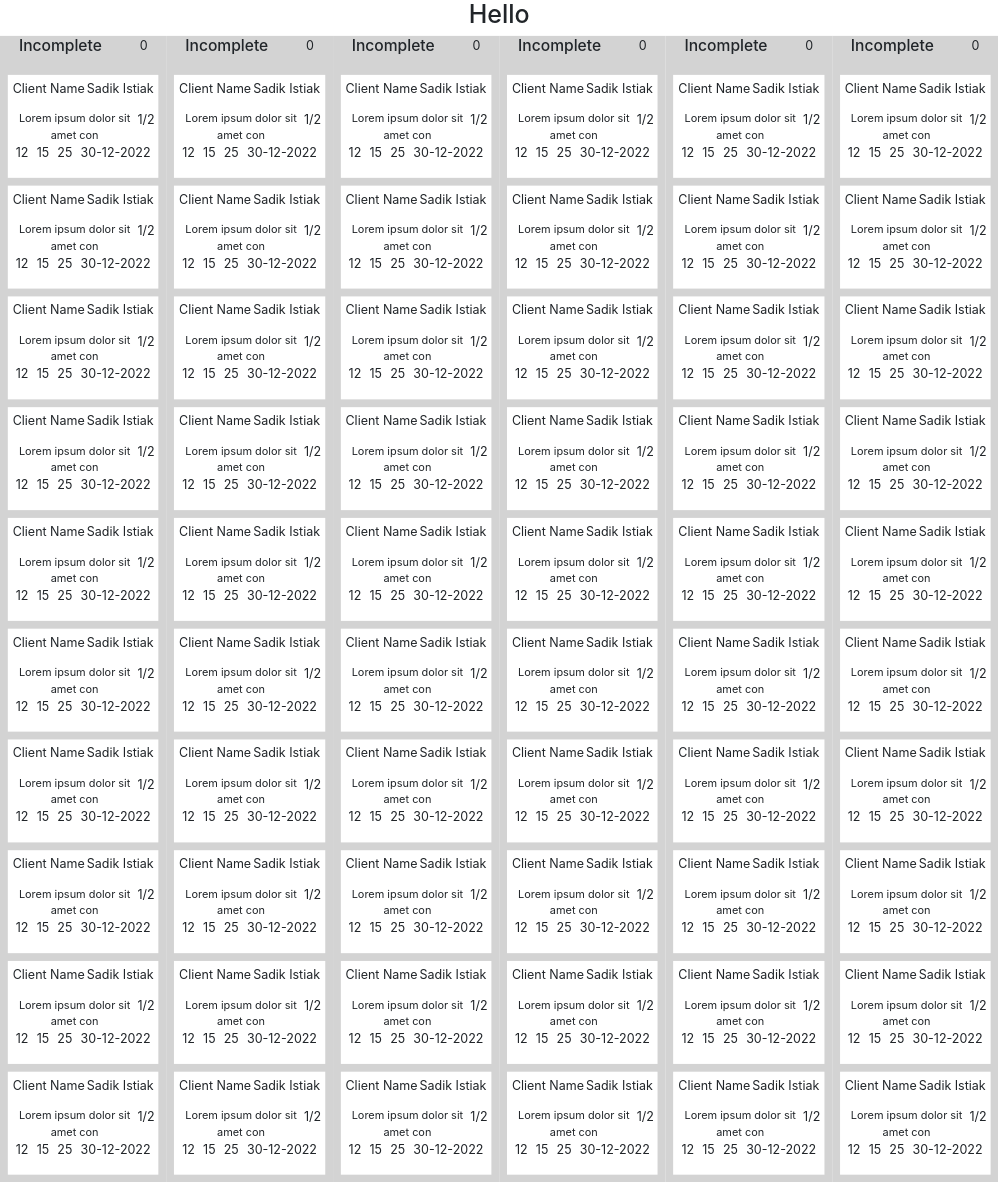
Repository: Sharif-00112/dashboard-task-frontend
Page: /
These files come from the project's save history. The page is drawn as it stood at one moment and after the next save; the edit follows.
The browser window is 1280 px wide. The pictures show the whole page, at 78% of full size.
The project was rebuilt for these pictures with package versions that can differ from the ones it lists, and the page was loaded fresh each time.

Above is the page before, as saved 2023-01-27 23:55:39.

### src/index.js
import React from 'react';
import 'bootstrap/dist/css/bootstrap.css';
import ReactDOM from 'react-dom/client';
import './index.css';
import App from './App';
import reportWebVitals from './reportWebVitals';

const root = ReactDOM.createRoot(document.getElementById('root'));
root.render(
  <React.StrictMode>
    <App />
  </React.StrictMode>
);

// If you want to start measuring performance in your app, pass a function
// to log results (for example: reportWebVitals(console.log))
// or send to an analytics endpoint. Learn more: https://bit.ly/CRA-vitals
reportWebVitals();

### src/App.js
import './App.css';
import Dashboard from './Components/Dashboard';

function App() {
  return (
    <div className="App">

      <h2>Hello</h2>
      <Dashboard></Dashboard>
    </div>
  );
}

export default App;

### src/Components/Dashboard.js
import React from 'react';
import Incomplete from './Incomplete';

const Dashboard = () => {
    return (
        <div className='dashboard'>
            <Incomplete></Incomplete>
            <Incomplete></Incomplete>
            <Incomplete></Incomplete>
            <Incomplete></Incomplete>
            <Incomplete></Incomplete>
            <Incomplete></Incomplete>
        </div>
    );
};

export default Dashboard;

### src/Components/Incomplete.js
import React, { useState } from 'react';
import { useEffect } from 'react';
import './styles.css';
import Task from './Task';

const Incomplete = () => {
    const [tasks, setTasks] = useState([]);
    useEffect( ()=> {
        fetch('./tasks.JSON')
        .then(res => res.json())
        .then(data => setTasks(data))
    } ,[])
    return (
        <div className='background'>
            <div className="task-part">
                <h5>Incomplete</h5>
                <p>0</p>
            </div>
            <div className="section-container">
                <div className="task-container">
                    {
                        tasks.map(task => <Task
                            key={task.taskNo}
                            task={task}
                        ></Task>)
                    }
                </div>
            </div>
        </div>
    );
};

export default Incomplete;

### src/Components/styles.css
.background{
    background-color: lightgray;
}

.task-part{
    display: flex;
    justify-content: space-around
}

.task{
    background-color: white;
    margin: 10px;
    padding: 5px;
}

.dashboard{
    display: grid;
    grid-template-columns: 1fr 1fr 1fr 1fr 1fr 1fr;
}

### src/Components/Task.js
import React from 'react';
import './styles.css';

const Task = (props) => {
    const {clientName, clientImg, supervisorName, supervisorImg, taskSummary, progress, staff1Img, staff2Img, modules, message, attachment, date} = props.task;
    return (
        <div className='task'>
            <div className="task-part">
                <p>{clientName}</p>
                <p>{supervisorName}</p>
            </div>
            <div className="task-part">
                <small>{taskSummary.substring(0,30)}</small>
                <p>{progress}</p>
            </div>
            <div className="task-part">
                <p>{modules}</p>
                <p>{message}</p>
                <p>{attachment}</p>
                <p>{date}</p>
            </div>
        </div>
    );
};

export default Task;

### public/tasks.JSON
[
  {
    "taskNo": 1,
    "clientName": "Client Name",
    "clientImg": "clientIMG.jpg",
    "supervisorName": "Sadik Istiak",
    "supervisorImg": "supervisorIMG.jpg",
    "taskSummary": "Lorem ipsum dolor sit amet consectetur adipisicing elit. Pariatur velit nemo accusamus. Dolorum, doloribus quisquam unde repellat iusto voluptatum quasi?",
    "progress": "1/2",
    "staff1Img": "staff1.jpg",
    "staff2Img": "staff2.jpg",
    "modules": 12,
    "message": 15,
    "attachment": 25,
    "date": "30-12-2022"
  },
  {
    "taskNo": 2,
    "clientName": "Client Name",
    "clientImg": "clientIMG.jpg",
    "supervisorName": "Sadik Istiak",
    "supervisorImg": "supervisorIMG.jpg",
    "taskSummary": "Lorem ipsum dolor sit amet consectetur adipisicing elit. Pariatur velit nemo accusamus. Dolorum, doloribus quisquam unde repellat iusto voluptatum quasi?",
    "progress": "1/2",
    "staff1Img": "staff1.jpg",
    "staff2Img": "staff2.jpg",
    "modules": 12,
    "message": 15,
    "attachment": 25,
    "date": "30-12-2022"
  },
  {
    "taskNo": 3,
    "clientName": "Client Name",
    "clientImg": "clientIMG.jpg",
    "supervisorName": "Sadik Istiak",
    "supervisorImg": "supervisorIMG.jpg",
    "taskSummary": "Lorem ipsum dolor sit amet consectetur adipisicing elit. Pariatur velit nemo accusamus. Dolorum, doloribus quisquam unde repellat iusto voluptatum quasi?",
    "progress": "1/2",
    "staff1Img": "staff1.jpg",
    "staff2Img": "staff2.jpg",
    "modules": 12,
    "message": 15,
    "attachment": 25,
    "date": "30-12-2022"
  },
  {
    "taskNo": 4,
    "clientName": "Client Name",
    "clientImg": "clientIMG.jpg",
    "supervisorName": "Sadik Istiak",
    "supervisorImg": "supervisorIMG.jpg",
    "taskSummary": "Lorem ipsum dolor sit amet consectetur adipisicing elit. Pariatur velit nemo accusamus. Dolorum, doloribus quisquam unde repellat iusto voluptatum quasi?",
    "progress": "1/2",
    "staff1Img": "staff1.jpg",
    "staff2Img": "staff2.jpg",
    "modules": 12,
    "message": 15,
    "attachment": 25,
    "date": "30-12-2022"
  },
  {
    "taskNo": 5,
    "clientName": "Client Name",
    "clientImg": "clientIMG.jpg",
    "supervisorName": "Sadik Istiak",
    "supervisorImg": "supervisorIMG.jpg",
    "taskSummary": "Lorem ipsum dolor sit amet consectetur adipisicing elit. Pariatur velit nemo accusamus. Dolorum, doloribus quisquam unde repellat iusto voluptatum quasi?",
    "progress": "1/2",
    "staff1Img": "staff1.jpg",
    "staff2Img": "staff2.jpg",
    "modules": 12,
    "message": 15,
    "attachment": 25,
    "date": "30-12-2022"
  },
  {
    "taskNo": 6,
    "clientName": "Client Name",
    "clientImg": "clientIMG.jpg",
    "supervisorName": "Sadik Istiak",
    "supervisorImg": "supervisorIMG.jpg",
    "taskSummary": "Lorem ipsum dolor sit amet consectetur adipisicing elit. Pariatur velit nemo accusamus. Dolorum, doloribus quisquam unde repellat iusto voluptatum quasi?",
    "progress": "1/2",
    "staff1Img": "staff1.jpg",
    "staff2Img": "staff2.jpg",
    "modules": 12,
    "message": 15,
    "attachment": 25,
    "date": "30-12-2022"
  },
  {
    "taskNo": 7,
    "clientName": "Client Name",
    "clientImg": "clientIMG.jpg",
    "supervisorName": "Sadik Istiak",
    "supervisorImg": "supervisorIMG.jpg",
    "taskSummary": "Lorem ipsum dolor sit amet consectetur adipisicing elit. Pariatur velit nemo accusamus. Dolorum, doloribus quisquam unde repellat iusto voluptatum quasi?",
    "progress": "1/2",
    "staff1Img": "staff1.jpg",
    "staff2Img": "staff2.jpg",
    "modules": 12,
    "message": 15,
    "attachment": 25,
    "date": "30-12-2022"
  },
  {
    "taskNo": 8,
    "clientName": "Client Name",
    "clientImg": "clientIMG.jpg",
    "supervisorName": "Sadik Istiak",
    "supervisorImg": "supervisorIMG.jpg",
    "taskSummary": "Lorem ipsum dolor sit amet consectetur adipisicing elit. Pariatur velit nemo accusamus. Dolorum, doloribus quisquam unde repellat iusto voluptatum quasi?",
    "progress": "1/2",
    "staff1Img": "staff1.jpg",
    "staff2Img": "staff2.jpg",
    "modules": 12,
    "message": 15,
    "attachment": 25,
    "date": "30-12-2022"
  },
  {
    "taskNo": 9,
    "clientName": "Client Name",
    "clientImg": "clientIMG.jpg",
    "supervisorName": "Sadik Istiak",
    "supervisorImg": "supervisorIMG.jpg",
    "taskSummary": "Lorem ipsum dolor sit amet consectetur adipisicing elit. Pariatur velit nemo accusamus. Dolorum, doloribus quisquam unde repellat iusto voluptatum quasi?",
    "progress": "1/2",
    "staff1Img": "staff1.jpg",
    "staff2Img": "staff2.jpg",
    "modules": 12,
    "message": 15,
    "attachment": 25,
    "date": "30-12-2022"
  },
  {
    "taskNo": 10,
    "clientName": "Client Name",
    "clientImg": "clientIMG.jpg",
    "supervisorName": "Sadik Istiak",
    "supervisorImg": "supervisorIMG.jpg",
    "taskSummary": "Lorem ipsum dolor sit amet consectetur adipisicing elit. Pariatur velit nemo accusamus. Dolorum, doloribus quisquam unde repellat iusto voluptatum quasi?",
    "progress": "1/2",
    "staff1Img": "staff1.jpg",
    "staff2Img": "staff2.jpg",
    "modules": 12,
    "message": 15,
    "attachment": 25,
    "date": "30-12-2022"
  }
]

Loaded but not shown: public/index.html (common file); src/index.css (common file); src/reportWebVitals.js (common file); src/App.css (common file)

After the next save:
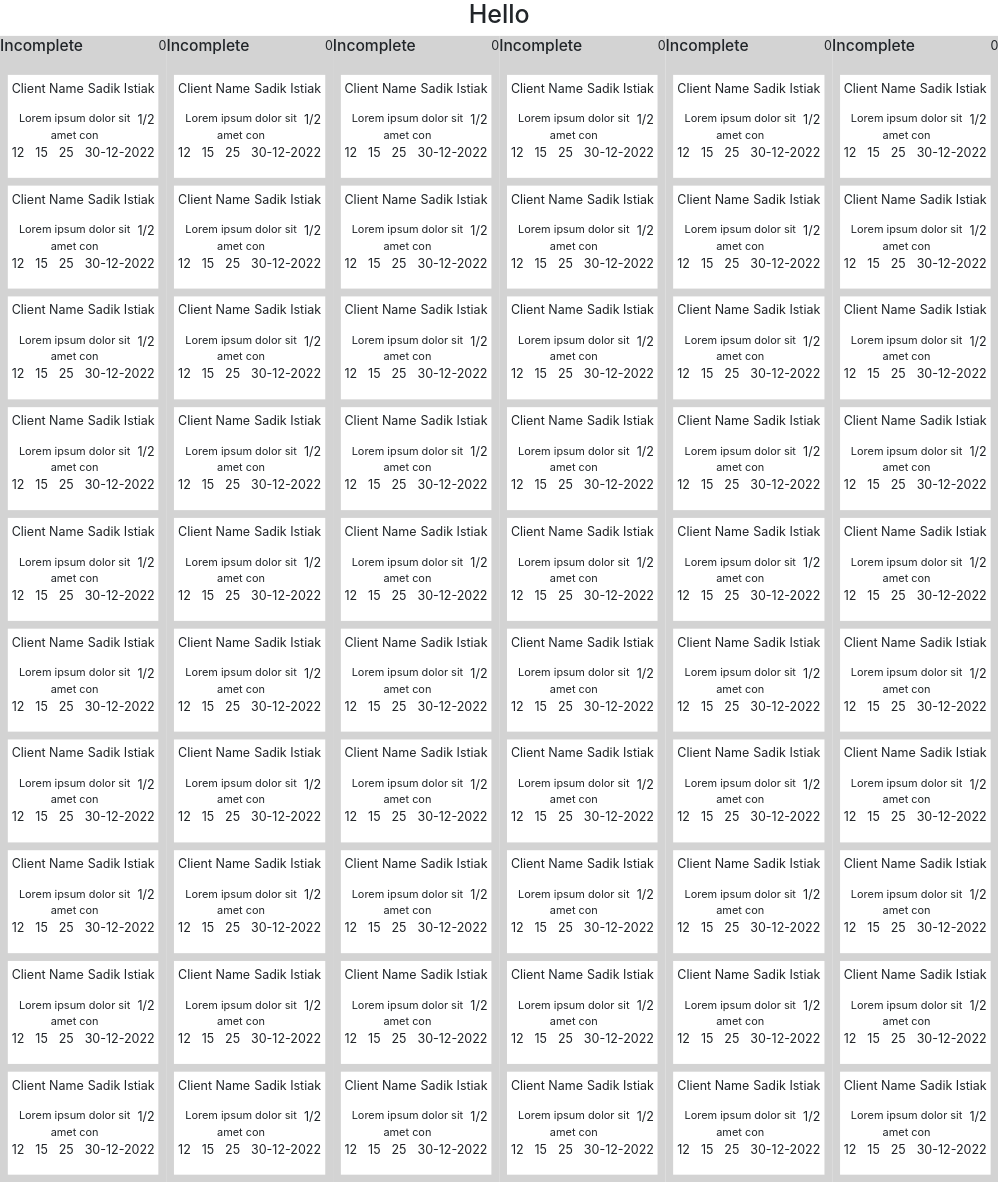
Saved 69 s later.
--- a/src/Components/styles.css
+++ b/src/Components/styles.css
@@ -4,7 +4,7 @@
 
 .task-part{
     display: flex;
-    justify-content: space-around
+    justify-content: space-between
 }
 
 .task{
